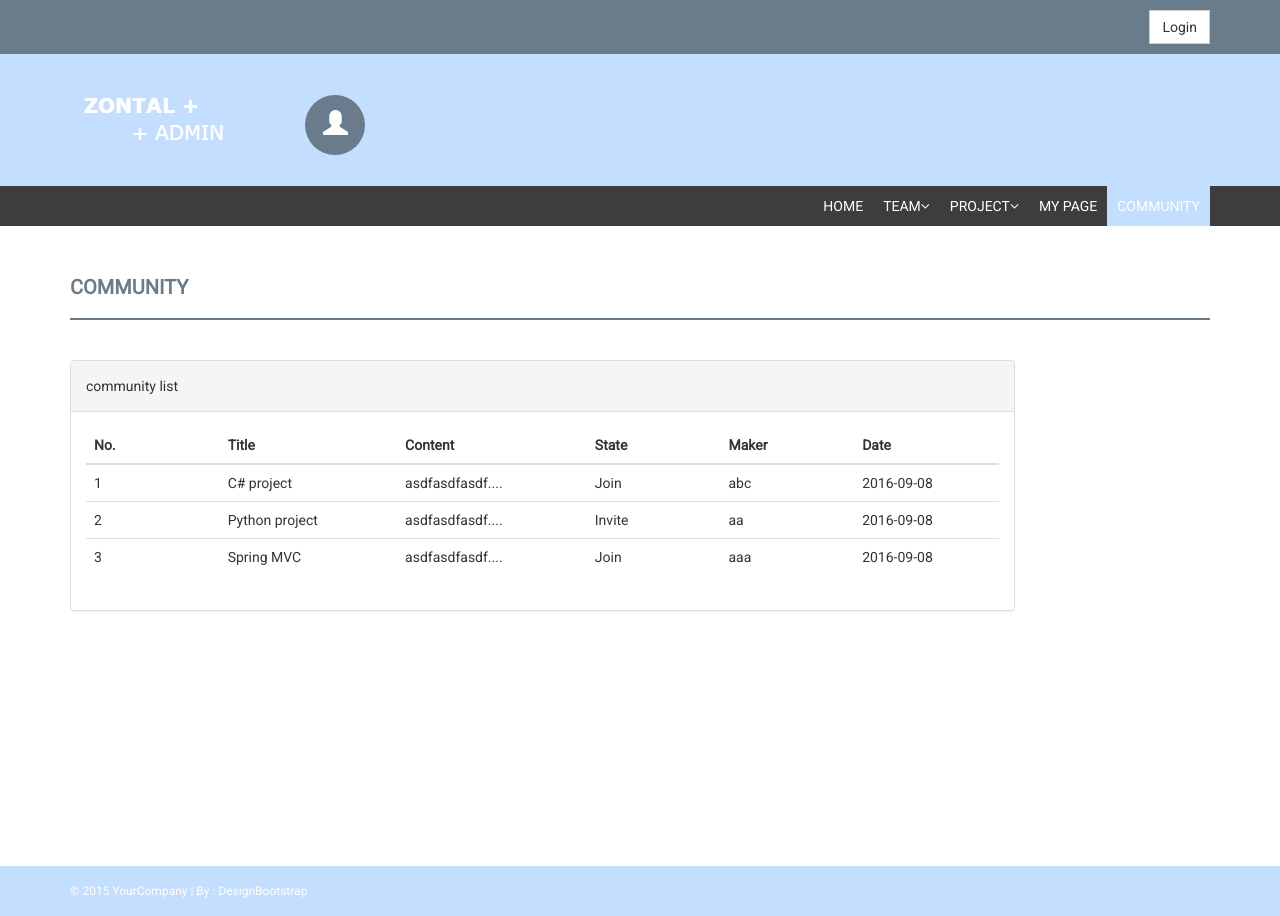
Repository: hwju91/skuniv
Page: http://localhost/0903.2/WEB-INF/jsp/community/communityselect.jsp
These files come from the project's save history. The page is drawn as it stood at one moment and after the next save; the edit follows.
The browser window is 1280 px wide. The pictures show the whole page.
The page is served by Tomcat 9. Nobody is signed in. Other server files are loaded and not shown. The template is opened directly, without the code that normally fills it, so the values that code supplies are empty.

Above is the page before, as saved 2016-09-08 12:11:20.

### 0903.2/WebContent/WEB-INF/jsp/community/communityselect.jsp
<%@ page language="java" contentType="text/html; charset=UTF-8"
	pageEncoding="UTF-8"%>
<jsp:include page="../header_community.jsp" />
<jsp:include page="../nav.jsp" />
<jsp:include page="../menu_community.jsp" />

			<div class="row">
				<div class="col-md-12">
					<h4 class="page-head-line">community</h4>
				</div>
			</div>

			<div class="row">
				<div class="col-md-10">
				                     <!--   Basic Table  -->
				 	<div class="panel panel-default">
                        <div class="panel-heading">
                            community list
                        </div>
                        <div class="panel-body">
                            <div class="table-responsive">
                                <table class="table">
                                    <thead>
                                        <tr>
                                            <th>No.</th>
                                            <th>Title</th>
                                            <th>Content</th>
                                            <th>State</th>
                                            <th>Maker</th>
                                            <th>Date</th>

                                        </tr>
                                    </thead>
                                    <tbody>
                                        <tr>
                                            <td>1</td>
                                            <td>C# project</td>
                                            <td>asdfasdfasdf....</td>
                                            <td>Join</td>
                                            <td>abc</td>
                                            <td>2016-09-08</td>
                                        </tr>
                                        <tr>
                                            <td>2</td>
                                            <td>Python project</td>
                                            <td>asdfasdfasdf....</td>
                                            <td>Invite</td>
                                            <td>aa</td>
                                            <td>2016-09-08</td>

                                        </tr>
                                        <tr>
                                            <td>3</td>
                                            <td>Spring MVC</td>
                                            <td>asdfasdfasdf....</td>
                                            <td>Join</td>
                                            <td>aaa</td>
                                            <td>2016-09-08
                                        </tr>
                                    </tbody>
                                </table>
                            </div>
                        </div>
                    </div>
                      <!-- End  Basic Table  -->
                </div>
			</div>


<jsp:include page="../footer.jsp" />

### 0903.2/WebContent/WEB-INF/jsp/header_community.jsp
<%@ page language="java" contentType="text/html; charset=UTF-8"
    pageEncoding="UTF-8"%>
<!DOCTYPE html PUBLIC "-//W3C//DTD HTML 4.01 Transitional//EN" "http://www.w3.org/TR/html4/loose.dtd">
<html>
<head>
    <title>Winder</title>

    <link href="css/bootstrap.css" rel="stylesheet" />
    <link href="css/font-awesome.css" rel="stylesheet" />
    <link href="css/style.css" rel="stylesheet" />
    <!-- <link rel="stylesheet" href="https://cdnjs.cloudflare.com/ajax/libs/ionicons/2.0.1/css/ionicons.min.css"> -->

</head>
</head>

### 0903.2/WebContent/WEB-INF/jsp/nav.jsp
<%@ page language="java" contentType="text/html; charset=UTF-8"
    pageEncoding="UTF-8"%>
<body>
    <header>
        <div class="container">
            <div class="row">
                <div class="col-md-12">
                    <!-- <strong>Email: </strong>info@yourdomain.com
                    &nbsp;&nbsp;
                    <strong>Support: </strong>+90-897-678-44 -->
                    <%
                    if("loginok".equals((String)session.getAttribute("loginchk"))){
                    	%>
                    	<a class="btn btn-default" href="logout">Logout</a>
                    <%}
                    else{
                    %>
                    	<a class="btn btn-default" href="login">Login</a>
                    <% }%>

                </div>

            </div>
        </div>
    </header>
    <!-- HEADER END-->
    <div class="navbar navbar-inverse set-radius-zero">
        <div class="container">
            <div class="navbar-header">
                <button type="button" class="navbar-toggle" data-toggle="collapse" data-target=".navbar-collapse">
                    <span class="icon-bar"></span>
                    <span class="icon-bar"></span>
                    <span class="icon-bar"></span>
                </button>
                <a class="navbar-brand" href="index.html">
                    <img src="img/logo.png" />
                </a>

            </div>

            <div class="left-div">
                <div class="user-settings-wrapper">
                    <ul class="nav">

                        <li class="dropdown">
                            <a class="dropdown-toggle" data-toggle="dropdown" href="#" aria-expanded="false">
                                <span class="glyphicon glyphicon-user" style="font-size: 25px;"></span>
                            </a>
                            <div class="dropdown-menu dropdown-settings" style="color: #fff">
                                <div class="media">
                                    <a class="media-left" href="#">
                                        <img src="img/64-64.jpg" alt="" class="img-rounded" />
                                    </a>
                                    <div class="media-body">
                                        <h4 class="media-heading">Jhon Deo Alex </h4>
                                        <h5>Developer & Designer</h5>

                                    </div>
                                </div>
                                <hr />
                                <h5><strong>Personal Bio : </strong></h5>
                                Anim pariatur cliche reprehen derit.
                                <hr />
                                <a href="#" class="btn btn-info btn-sm">Full Profile</a>&nbsp; <a href="login.html" class="btn btn-danger btn-sm">Logout</a>

                            </div>
                        </li>


                    </ul>
                </div>
            </div>
        </div>
    </div>
    <!-- LOGO HEADER END-->

### 0903.2/WebContent/WEB-INF/jsp/menu_community.jsp
<%@ page language="java" contentType="text/html; charset=UTF-8"
    pageEncoding="UTF-8"%>
<%@taglib prefix="c"  uri="http://java.sun.com/jsp/jstl/core" %>
<section class="menu-section">
        <div class="container">
            <div class="row">
                <div class="col-md-12">
                    <div class="navbar-collapse collapse ">
                        <ul id="menu-top" class="nav navbar-nav navbar-right">
                            <li><a class="menu-top" href="home">Home</a></li>
                            <li class="dropdown">
                                <a href="#" class="dropdown-toggle" data-toggle="dropdown">Team<i class="fa fa-angle-down"></i></a>
                                <ul class="dropdown-menu">
                                	<li><a href="teamList">팀 List</a></li>
                                    <li><a href="teamCreateform">팀 생성</a></li>
                                    <c:forEach items="${teammenu }" var="tmenu">
                                    <li><a href="projectlist?tno=${tmenu.tno }">${tmenu.name }</a></li>
                                    </c:forEach>
                                </ul>
                            </li>
                            <li class="dropdown">
                                <a href="#" class="dropdown-toggle" data-toggle="dropdown">Project<i class="fa fa-angle-down"></i></a>
                                <ul class="dropdown-menu">
                                    <li><a href="projectform">프로젝트 생성</a></li>
                                    <c:forEach items="${projectmenu }" var="pmenu">
                                    <li><a href="projectmain?pno=${pmenu.pno }">${pmenu.name }</a></li>
                                    </c:forEach>
                                </ul>
                            </li>
                             <li><a href="mypage">My Page</a></li>
							 <li><a class="menu-top-active" href="communitylist">community</a></li>
                        </ul>
                    </div>
                </div>

            </div>
        </div>
    </section>
    <!-- MENU SECTION END-->
    <div class="content-wrapper">
        <div class="container">

### 0903.2/WebContent/WEB-INF/jsp/footer.jsp
<%@ page language="java" contentType="text/html; charset=UTF-8"
    pageEncoding="UTF-8"%>
 </div>
    </div>
    <!-- CONTENT-WRAPPER SECTION END-->
    <footer>
        <div class="container">
            <div class="row">
                <div class="col-md-12">
                    &copy; 2015 YourCompany | By : <a href="http://www.designbootstrap.com/" target="_blank">DesignBootstrap</a>
                </div>

            </div>
        </div>
    </footer>
    <!-- script -->
<script src="js/jquery-2.2.3.min.js"></script>
<script src="js/bootstrap.js"></script>
</body>
</html>

### 0903.2/WebContent/css/style.css

/*=============================================================
    Authour URL: www.designbootstrap.com

    http://www.designbootstrap.com/

    License: MIT

    http://opensource.org/licenses/MIT

    100% Free To use For Personal And Commercial Use.

    IN EXCHANGE JUST TELL PEOPLE ABOUT THIS WEBSITE

========================================================  */


/* =============================================================
   GENERAL STYLES
 ============================================================ */

@import url(http://fonts.googleapis.com/css?family=Roboto); /* FREE GOOGLE FONT */

body {
    font-family: 'Roboto', sans-serif;
    line-height: 30px;
}

.set-radius-zero {
    border-radius: 0px;
    -moz-border-radius: 0px;
    -webkit-border-radius: 0px;
}

.content-wrapper {
    margin-top: 40px;
    min-height: 600px;
    padding-bottom: 60px;
}

.page-head-line {
    font-weight: 900;
    padding-bottom: 20px;
    border-bottom: 2px solid #6A7B8B;
    text-transform: uppercase;
    color: #6A7B8B;
    font-size: 20px;
    margin-bottom: 40px;
}

.btn {
    border-radius: 0px;
    -webkit-border-radius: 0px;
    -moz-border-radius: 0px;
}

.progress {
    height: 8px;
    border-radius: 0px;
    -webkit-border-radius: 0px;
    -moz-border-radius: 0px;
}
.login-icon {
    height: 60px;
width: 60px;
padding: 13px;
border-radius: 50%;
font-size: 30px;
margin-bottom: 20px;
color: #fff;
text-align: center;
cursor:pointer;
background-color:#6A7B8B;
-webkit-border-radius:50%;
    -moz-border-radius:50%;
}
/* =============================================================
   HEADER SECTION STYLES
 ============================================================ */
header {
    background-color: #6A7B8B;
    color: #fff;
    padding: 10px;
    text-align: right;
}


/* =============================================================
   LOGO SECTION STYLES
 ============================================================ */
.left-div {
    padding-left: 30px;
    margin-top: 40px;
    margin-bottom: 30px;
}

.navbar-brand {
    width: 250px;
    padding-top: 30px;
}

/* USER SETTINGS DIV */
.user-settings-wrapper .nav > li > a {
    position: relative;
    display: block;
    padding: 15px 18px;
    border-radius: 50%;
    -webkit-border-radius: 50%;
    -moz-border-radius: 50%;
    height: 60px;
    width: 60px;
    background-color: #6A7B8B;
    color: #fff;
}

.user-settings-wrapper {
    margin-top: 10px;
}

    .user-settings-wrapper li {
        display: inline-block;
    }

    .user-settings-wrapper .dropdown-settings {
        width: 200px;
        padding: 10px;
    }

    .user-settings-wrapper .nav > li > a:hover,.user-settings-wrapper .nav > li > a:focus {
        text-decoration: none;
        background-color: #C4DEFF!important;
    }

    .user-settings-wrapper img {
        height: 64px;
        width: 64px;
        border: 1px solid #000000;
    }

    .user-settings-wrapper .dropdown-menu {
        margin: 0px;
        border-radius: 0px!important;
        -moz-border-radius: 0px!important;
        -webkit-border-radius: 0px!important;
    }

    .user-settings-wrapper .btn {
        border-radius: 0px!important;
        -moz-border-radius: 0px!important;
        -webkit-border-radius: 0px!important;
    }

    .user-settings-wrapper .media-heading {
        padding-top: 10px;
    }

/* MENU LINKS SECTION*/

.menu-section {
    background-color: #3D3D3D;
}

#menu-top a {
    color: #FFF;
    text-decoration: none;
    font-weight: 500;
    padding: 10px 10px 10px 10px;
    text-transform: uppercase;
}

.menu-top-active {
    background-color: #C4DEFF;
}

.menu-section .nav > li > a:hover,.menu-section .nav > li > a:focus {
    background-color: #6A7B8B!important;
}

.menu-section .dropdown-menu > li > a:hover,.menu-section .dropdown-menu > li > a:focus {
    background-color: #6A7B8B!important;
}

.navbar-inverse {
    background-color: #C4DEFF;
    border-color: transparent;
}

.navbar-toggle {
    background-color: #6A7B8B;
    border: 1px solid #fff;
}

.navbar {
    margin-bottom: 0px;
}
/* =============================================================
   FOOTER SECTION STYLES
 ============================================================ */
footer {
    padding: 10px;
    color: #fff;
    font-size: 12px;
    background-color: #C4DEFF;
}

    footer a, footer a:hover {
        color: #fff;
        text-decoration: none;
    }

/*==============================================
    DASHBOARD  STYLES
 =============================================*/

/* DASHBOARD ICONS */

.bk-clr-one {
    background-color: #B9B739;
}

.bk-clr-two {
    background-color: #F94C4C;
}

.bk-clr-three {
    background-color: #119c7e;
}

.bk-clr-four {
    background-color: #b739b9;
}

.dashboard-div-icon {
    height: 75px;
    width: 75px;
    border: 2px solid #fff;
    padding: 20px;
    border-radius: 50%;
    -webkit-border-radius:50%;
    -moz-border-radius:50%;
    font-size: 30px;
    margin-bottom: 20px;
    color: #fff;
}

.dashboard-div-wrapper {
    border-radius: 5px;
    text-align: center;
    padding: 15px;
    color: #fff;
    margin-bottom: 50px;
}

    .dashboard-div-wrapper .progress {
        height: 2px;
    }

/* NOTICE BOARD */


.notice-board .panel {
    border-radius: 0px;
    -webkit-border-radius: 0px;
    -moz-border-radius: 0px;
}

.notice-board ul {
    padding-left: 0px;
    list-style: none;
}

.notice-board li {
    padding: 10px;
    border-bottom: 1px solid #E5E5E5;
}

    .notice-board li span {
        margin-right: 10px;
        border: 1px solid #DBDBDB;
        padding: 5px;
    }

    .notice-board li a, li a:hover {
        text-decoration: none;
        color: #000;
    }

/* SOCIAL BUTTONS */
.btn-social {
    color: white;
    opacity: 0.8;
}

    .btn-social:hover {
        color: white;
        opacity: 1;
        text-decoration: none;
    }

.btn-facebook {
    background-color: #3b5998;
}

.btn-twitter {
    background-color: #00aced;
}

.btn-linkedin {
    background-color: #0e76a8;
}

.btn-google {
    background-color: #c32f10;
}

Loaded but not shown: 0903.2/WebContent/css/bootstrap.css (library); 0903.2/WebContent/css/font-awesome.css (library); 0903.2/WebContent/js/jquery-2.2.3.min.js (library); 0903.2/WebContent/js/bootstrap.js (library)

After the next save:
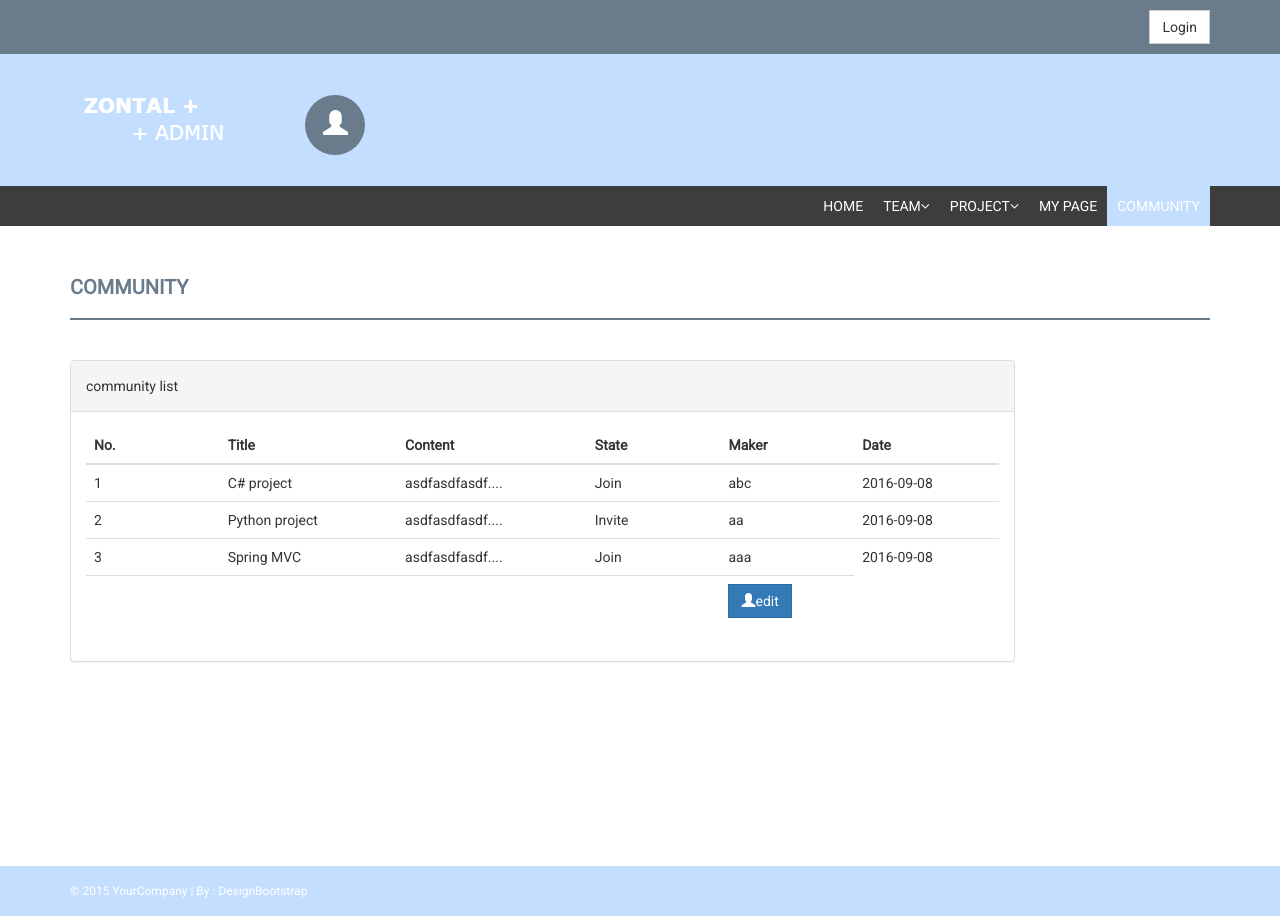
Saved 2 min 27 s later.
--- a/0903.2/WebContent/WEB-INF/jsp/community/communityselect.jsp
+++ b/0903.2/WebContent/WEB-INF/jsp/community/communityselect.jsp
@@ -57,6 +57,14 @@
                                             <td>aaa</td>
                                             <td>2016-09-08
                                         </tr>
+                                        <tr>
+                                            <td></td>
+                                            <td></td>
+                                            <td></td>
+                                            <td></td>
+                                            <td><a class="btn btn-primary" href="#"><span class="glyphicon glyphicon-user"></span>edit</a></td>
+
+                                        </tr>
                                     </tbody>
                                 </table>
                             </div>
